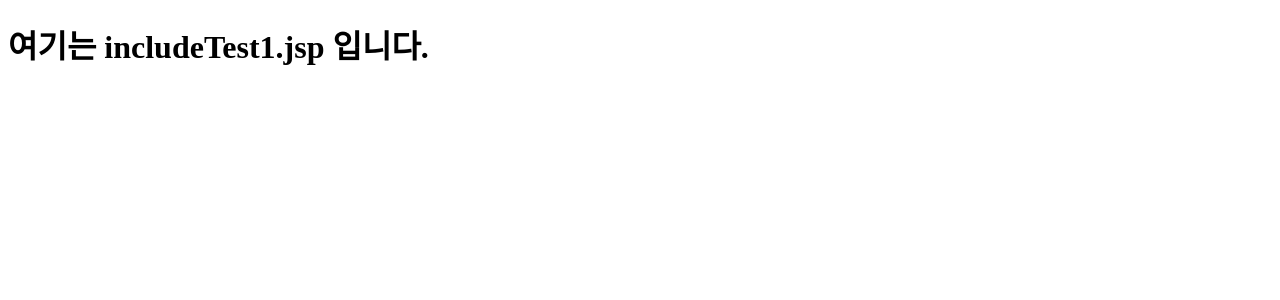
Repository: gh-56/jsp_workspace_al
Page: http://localhost/11_action_tag/includeTest1.jsp
An editor plug-in stored every save of this project. The page is shown before and after a run of saves, followed by the edit.
The browser window is 1280 px wide. The pictures show the whole page.
The page is served by Tomcat 9.

Above is the page before, as saved 2023-10-18 00:27:50.

### 11_action_tag/src/main/webapp/includeTest1.jsp
<%@ page language="java" contentType="text/html; charset=UTF-8"
    pageEncoding="UTF-8"%>
<!DOCTYPE html>
<html>
<head>
<meta charset="UTF-8">
<title>includeTest1.jsp</title>
</head>
<body>
	<h1>여기는 includeTest1.jsp 입니다.	</h1>
</body>
</html>

### 11_action_tag/src/main/webapp/includeTest2.jsp
<%@ page language="java" contentType="text/html; charset=UTF-8"
    pageEncoding="UTF-8"%>
<hr/>
<h1>여기는 include test2 JSP입니다.</h1>

After the next 3 saves:
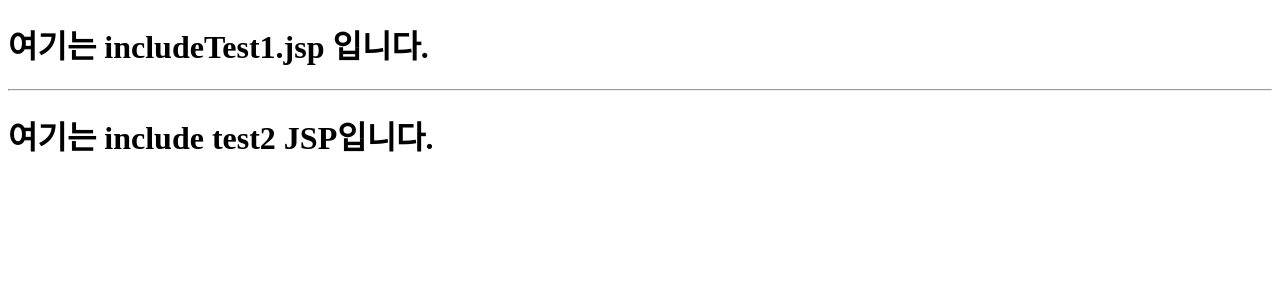
The 3 saves are shown as one change because 2 did not build or start.
The last was saved 107 s later.
--- a/11_action_tag/src/main/webapp/includeTest1.jsp
+++ b/11_action_tag/src/main/webapp/includeTest1.jsp
@@ -8,5 +8,6 @@
 </head>
 <body>
 	<h1>여기는 includeTest1.jsp 입니다.	</h1>
+	<jsp:include page="includeTest2.jsp" />
 </body>
 </html>
